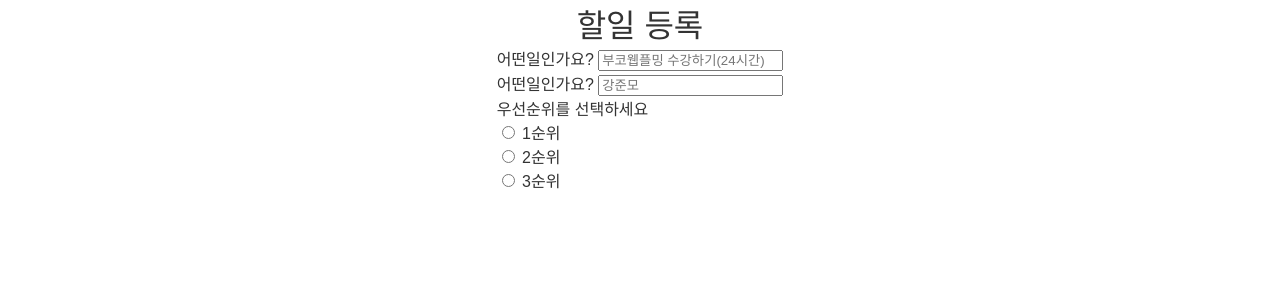
Repository: JmKanmo/BoostCourse_WebProgramming
Page: http://localhost/Todo/TodoFormServlet
An editor plug-in stored every save of this project. The page is shown before and after the next save, followed by the edit.
The browser window is 1280 px wide. The pictures show the whole page.
The page is served by Tomcat 9.

Above is the page before, as saved 2020-01-20 23:02:26.

After the next save:
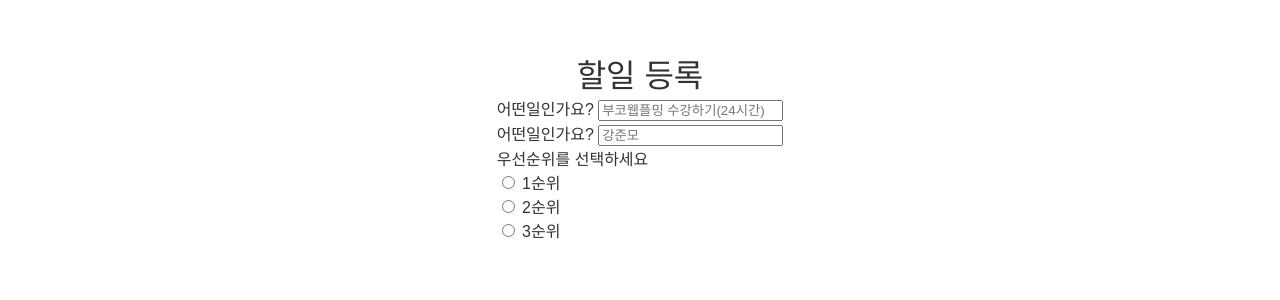
Saved 42 s later.
--- a/Todo/src/main/webapp/css/todoForm.css
+++ b/Todo/src/main/webapp/css/todoForm.css
@@ -29,7 +29,7 @@ html, body, h1, h2, h3, ul, ol, p, a, dl, dt, dd, figure {
 
 .wrap {
 	width: max-content;
-	margin: 0 auto;
+	margin: 50px auto;
 }
 
 .wrap .title {
